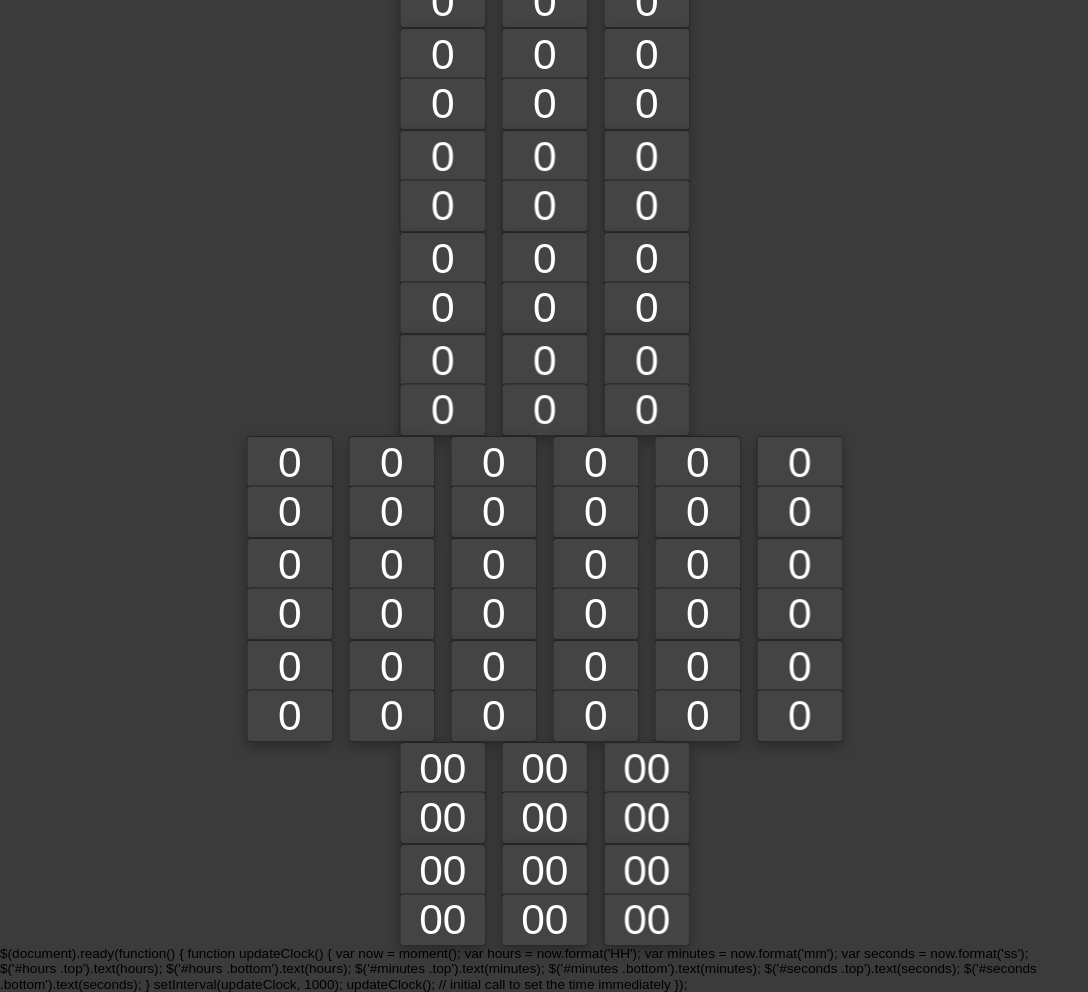
Repository: ThibautCptr/flip_clock
Page: index.html
These files come from the project's save history. The page is drawn as it stood at one moment and after the next save; the edit follows.
The browser window is 1280 px wide. The pictures show the whole page, at 85% of full size.
Some web libraries are served in a nearby version.

Above is the page before, as saved 2024-09-18 19:04:30.
Console error: TypeError: $(...).FlipClock is not a function

### index.html
<!DOCTYPE html>
<html lang="en">
<head>
    <meta charset="UTF-8">
    <meta name="viewport" content="width=device-width, initial-scale=1.0">
    <title>Flip Clock</title>
    <link rel="stylesheet" href="./css/style.css">
    <script src="https://code.jquery.com/jquery-3.5.1.min.js"></script>
    <script src="./js/moment.js"></script>
    <script src="./js/moment_tz.js"></script>
    <script src="./js/script.js"></script>
</head>
<body>
    <div class="clock">
        <div class="time-unit" id="hours">
            <div id="hours-tens" class="flip-unit">
                <div class="flip-card">
                    <div class="flip-card-inner">
                        <div class="top">
                            <div class="shadow"></div>
                            <div class="inn">0</div>
                        </div>
                        <div class="bottom">0</div>
                    </div>
                </div>
            </div>
            <div id="hours-units" class="flip-unit">
                <div class="flip-card">
                    <div class="flip-card-inner">
                        <div class="top">0</div>
                        <div class="bottom">0</div>
                    </div>
                </div>
            </div>
        </div>
        <div class="time-unit" id="minutes">
            <div id="minutes-tens" class="flip-unit">
                <div class="flip-card">
                    <div class="flip-card-inner">
                        <div class="top">0</div>
                        <div class="bottom">0</div>
                    </div>
                </div>
            </div>
            <div id="minutes-units" class="flip-unit">
                <div class="flip-card">
                    <div class="flip-card-inner">
                        <div class="top">0</div>
                        <div class="bottom">0</div>
                    </div>
                </div>
            </div>
        </div>
        <div class="time-unit" id="seconds">
            <div id="seconds-tens" class="flip-unit">
                <div class="flip-card">
                    <div class="flip-card-inner">
                        <div class="top">0</div>
                        <div class="bottom">0</div>
                    </div>
                </div>
            </div>
            <div id="seconds-units" class="flip-unit">
                <div class="flip-card">
                    <div class="flip-card-inner">
                        <div class="top">0</div>
                        <div class="bottom">0</div>
                    </div>
                </div>
            </div>
        </div>
    </div>
</body>
</html>
<!DOCTYPE html>
<html lang="en">
<head>
    <meta charset="UTF-8">
    <meta name="viewport" content="width=device-width, initial-scale=1.0">
    <title>Flip Clock</title>
    <link rel="stylesheet" href="./css/style.css">
    <script src="https://code.jquery.com/jquery-3.5.1.min.js"></script>
    <script src="./js/moment.js"></script>
    <script src="./js/moment_tz.js"></script>
    <script src="./js/script.js"></script>
</head>
<body>
    <div class="clock">
        <div class="time-unit" id="hours">
            <div id="hours-tens" class="flip-unit">
                <div class="flip-card">
                    <div class="flip-card-inner">
                        <div class="top">0</div>
                        <div class="bottom">0</div>
                    </div>
                </div>
            </div>
            <div id="hours-units" class="flip-unit">
                <div class="flip-card">
                    <div class="flip-card-inner">
                        <div class="top">0</div>
                        <div class="bottom">0</div>
                    </div>
                </div>
            </div>
        </div>
        <div class="time-unit" id="minutes">
            <div id="minutes-tens" class="flip-unit">
                <div class="flip-card">
                    <div class="flip-card-inner">
                        <div class="top">0</div>
                        <div class="bottom">0</div>
                    </div>
                </div>
            </div>
            <div id="minutes-units" class="flip-unit">
                <div class="flip-card">
                    <div class="flip-card-inner">
                        <div class="top">0</div>
                        <div class="bottom">0</div>
                    </div>
                </div>
            </div>
        </div>
        <div class="time-unit" id="seconds">
            <div id="seconds-tens" class="flip-unit">
                <div class="flip-card">
                    <div class="flip-card-inner">
                        <div class="top">0</div>
                        <div class="top">0</div>
                        <div class="bottom">0</div>
                    </div>
                </div>
            </div>
            <div id="seconds-units" class="flip-unit">
                <div class="flip-card">
                    <div class="flip-card-inner">
                        <div class="top">0</div>
                        <div class="bottom">0</div>
                    </div>
                </div>
            </div>
        </div>
    </div>
</body>
</html>
<!DOCTYPE html>
<html lang="en">
<head>
    <meta charset="UTF-8">
    <meta name="viewport" content="width=device-width, initial-scale=1.0">
    <title>Flip Clock</title>
    <link rel="stylesheet" href="./css/style.css">
    <script src="https://code.jquery.com/jquery-3.5.1.min.js"></script>
    <script src="./js/moment.js"></script>
    <script src="./js/moment_tz.js"></script>
    <script src="./js/script.js"></script>
</head>
<body>
    <div class="clock">
        <div class="time-unit" id="hours">
            <div id="hours-tens" class="flip-unit">
                <div class="flip-card">
                    <div class="flip-card-inner">
                        <div class="top">0</div>
                        <div class="bottom">0</div>
                    </div>
                </div>
            </div>
            <div id="hours-units" class="flip-unit">
                <div class="flip-card">
                    <div class="flip-card-inner">
                        <div class="top">0</div>
                        <div class="bottom">0</div>
                    </div>
                </div>
            </div>
        </div>
        <div class="time-unit" id="minutes">
            <div id="minutes-tens" class="flip-unit">
                <div class="flip-card">
                    <div class="flip-card-inner">
                        <div class="top">0</div>
                        <div class="bottom">0</div>
                    </div>
                </div>
            </div>
            <div id="minutes-units" class="flip-unit">
                <div class="flip-card">
                    <div class="flip-card-inner">
                        <div class="top">0</div>
                        <div class="bottom">0</div>
                    </div>
                </div>
            </div>
        </div>
        <div class="time-unit" id="seconds">
            <div id="seconds-tens" class="flip-unit">
                <div class="flip-card">
                    <div class="flip-card-inner">
                        <div class="top">0</div>
                        <div class="bottom">0</div>
                    </div>
                </div>
            </div>
            <div id="seconds-units" class="flip-unit">
                <div class="flip-card">
                    <div class="flip-card-inner">
                        <div class="top">0</div>
                        <div class="bottom">0</div>
                    </div>
                </div>
            </div>
        </div>
    </div>
</body>
</html>
<!DOCTYPE html>
<html lang="en">
<head>
    <meta charset="UTF-8">
    <meta name="viewport" content="width=device-width, initial-scale=1.0">
    <title>Flip Clock</title>
    <link rel="stylesheet" href="./css/style.css">
    <script src="https://code.jquery.com/jquery-3.5.1.min.js"></script>
    <script src="./js/moment.js"></script>
    <script src="./js/moment_tz.js"></script>
    <script src="./js/script.js"></script>
</head>
<body>
    <div class="clock">
        <div class="time-unit" id="hours">
            <div id="hours-tens" class="flip-unit">
                <div class="flip-card">
                    <div class="flip-card-inner">
                        <div class="top">0</div>
                        <div class="bottom">0</div>
                    </div>
                </div>
            </div>
            <div id="hours-units" class="flip-unit">
                <div class="flip-card">
                    <div class="flip-card-inner">
                        <div class="top">0</div>
                        <div class="bottom">0</div>
                    </div>
                </div>
            </div>
        </div>
        <div class="time-unit" id="minutes">
            <div id="minutes-tens" class="flip-unit">
                <div class="flip-card">
                    <div class="flip-card-inner">
                        <div class="top">0</div>
                        <div class="bottom">0</div>
                    </div>
                </div>
            </div>
            <div id="minutes-units" class="flip-unit">
                <div class="flip-card">
                    <div class="flip-card-inner">
                        <div class="top">0</div>
                        <div class="bottom">0</div>
                    </div>
                </div>
            </div>
        </div>
        <div class="time-unit" id="seconds">
            <div id="seconds-tens" class="flip-unit">
                <div class="flip-card">
                    <div class="flip-card-inner">
                        <div class="top">0</div>
                        <div class="bottom">0</div>
                    </div>
                </div>
            </div>
            <div id="seconds-units" class="flip-unit">
                <div class="flip-card">
                    <div class="flip-card-inner">
                        <div class="top">0</div>
                        <div class="bottom">0</div>
                    </div>
                </div>
            </div>
        </div>
    </div>
</body>
</html>
<!DOCTYPE html>
<html lang="en">
<head>
    <meta charset="UTF-8">
    <meta name="viewport" content="width=device-width, initial-scale=1.0">
    <title>Flip Clock</title>
    <link rel="stylesheet" href="./css/style.css">
    <script src="https://code.jquery.com/jquery-3.5.1.min.js"></script>
    <script src="./js/moment.js"></script>
    <script src="./js/moment_tz.js"></script>
    <script src="./js/script.js"></script>
</head>
<body>
    <div class="clock">
        <div id="hours-tens" class="flip-unit">
            <div class="flip-card">
                <div class="flip-card-inner">
                    <div class="top">0</div>
                    <div class="bottom">0</div>
                </div>
            </div>
        </div>
        <div id="hours-units" class="flip-unit">
            <div class="flip-card">
                <div class="flip-card-inner">
                    <div class="top">0</div>
                    <div class="bottom">0</div>
                </div>
            </div>
        </div>
        <div id="minutes-tens" class="flip-unit">
            <div class="flip-card">
                <div class="flip-card-inner">
                    <div class="top">0</div>
                    <div class="bottom">0</div>
                </div>
            </div>
        </div>
        <div id="minutes-units" class="flip-unit">
            <div class="flip-card">
                <div class="flip-card-inner">
                    <div class="top">0</div>
                    <div class="bottom">0</div>
                </div>
            </div>
        </div>
        <div id="seconds-tens" class="flip-unit">
            <div class="flip-card">
                <div class="flip-card-inner">
                    <div class="top">0</div>
                    <div class="bottom">0</div>
                </div>
            </div>
        </div>
        <div id="seconds-units" class="flip-unit">
            <div class="flip-card">
                <div class="flip-card-inner">
                    <div class="top">0</div>
                    <div class="bottom">0</div>
                </div>
            </div>
        </div>
    </div>
</body>
</html>
<!DOCTYPE html>
<html lang="en">
<head>
    <meta charset="UTF-8">
    <meta name="viewport" content="width=device-width, initial-scale=1.0">
    <title>Flip Clock</title>
    <link rel="stylesheet" href="./css/style.css">
    <script src="https://code.jquery.com/jquery-3.5.1.min.js"></script>
    <script src="./js/script.js"></script>
</head>
<body>
    <div class="clock">
        <div id="hours-tens" class="flip-unit">
            <div class="flip-card">
                <div class="flip-card-inner">
                    <div class="top">0</div>
                    <div class="bottom">0</div>
                </div>
            </div>
        </div>
        <div id="hours-units" class="flip-unit">
            <div class="flip-card">
                <div class="flip-card-inner">
                    <div class="top">0</div>
                    <div class="bottom">0</div>
                </div>
            </div>
        </div>
        <div id="minutes-tens" class="flip-unit">
            <div class="flip-card">
                <div class="flip-card-inner">
                    <div class="top">0</div>
                    <div class="bottom">0</div>
                </div>
            </div>
        </div>
        <div id="minutes-units" class="flip-unit">
            <div class="flip-card">
                <div class="flip-card-inner">
                    <div class="top">0</div>
                    <div class="bottom">0</div>
                </div>
            </div>
        </div>
        <div id="seconds-tens" class="flip-unit">
            <div class="flip-card">
                <div class="flip-card-inner">
                    <div class="top">0</div>
                    <div class="bottom">0</div>
                </div>
            </div>
        </div>
        <div id="seconds-units" class="flip-unit">
            <div class="flip-card">
                <div class="flip-card-inner">
                    <div class="top">0</div>
                    <div class="bottom">0</div>
                </div>
            </div>
        </div>
    </div>
</body>
</html>
<!DOCTYPE html>
<html lang="en">
<head>
    <meta charset="UTF-8">
    <meta name="viewport" content="width=device-width, initial-scale=1.0">
    <title>Flip Clock</title>
    <link rel="stylesheet" href="./css/style.css">
</head>
<body>
    <div class="clock">
        <div id="hours-tens" class="flip-unit">
            <div class="flip-card">
                <div class="flip-card-inner">
                    <div class="top">0</div>
                    <div class="bottom">0</div>
                </div>
            </div>
        </div>
        <div id="hours-units" class="flip-unit">
            <div class="flip-card">
                <div class="flip-card-inner">
                    <div class="top">0</div>
                    <div class="bottom">0</div>
                </div>
            </div>
        </div>
        <div id="minutes-tens" class="flip-unit">
            <div class="flip-card">
                <div class="flip-card-inner">
                    <div class="top">0</div>
                    <div class="bottom">0</div>
                </div>
            </div>
        </div>
        <div id="minutes-units" class="flip-unit">
            <div class="flip-card">
                <div class="flip-card-inner">
                    <div class="top">0</div>
                    <div class="bottom">0</div>
                </div>
            </div>
        </div>
        <div id="seconds-tens" class="flip-unit">
            <div class="flip-card">
                <div class="flip-card-inner">
                    <div class="top">0</div>
                    <div class="bottom">0</div>
                </div>
            </div>
        </div>
        <div id="seconds-units" class="flip-unit">
            <div class="flip-card">
                <div class="flip-card-inner">
                    <div class="top">0</div>
                    <div class="bottom">0</div>
                </div>
            </div>
        </div>
    </div>
</body>
</html>
<!DOCTYPE html>
<html lang="en">
<head>
    <meta charset="UTF-8">
    <meta name="viewport" content="width=device-width, initial-scale=1.0">
    <title>Flip Clock</title>
    <link rel="stylesheet" href="./css/style.css">
</head>
<body>
    <div class="clock">
        <div id="hours" class="flip-unit">
            <div class="flip-card">
                <div class="flip-card-inner">
                    <div class="top">00</div>
                    <div class="bottom">00</div>
                </div>
            </div>
        </div>
        <div id="minutes" class="flip-unit">
            <div class="flip-card">
                <div class="flip-card-inner">
                    <div class="top">00</div>
                    <div class="bottom">00</div>
                </div>
            </div>
        </div>
        <div id="seconds" class="flip-unit">
            <div class="flip-card">
                <div class="flip-card-inner">
                    <div class="top">00</div>
                    <div class="bottom">00</div>
                </div>
            </div>
        </div>
    </div>
    <script src="https://code.jquery.com/jquery-3.6.0.min.js"></script>
    <script src="https://cdnjs.cloudflare.com/ajax/libs/moment.js/2.29.1/moment.min.js"></script>
    <script src="script.js"></script>
</body>
</html>
<!DOCTYPE html>
<html lang="en">
<head>
    <meta charset="UTF-8">
    <meta name="viewport" content="width=device-width, initial-scale=1.0">
    <title>Flip Clock</title>
    <link rel="stylesheet" href="style.css">
</head>
<body>
    <div class="clock">
        <div id="hours" class="flip-unit">
            <div class="flip-card">
                <div class="flip-card-inner">
                    <div class="top">00</div>
                    <div class="bottom">00</div>
                </div>
            </div>
        </div>
        <div id="minutes" class="flip-unit">
            <div class="flip-card">
                <div class="flip-card-inner">
                    <div class="top">00</div>
                    <div class="bottom">00</div>
                </div>
            </div>
        </div>
        <div id="seconds" class="flip-unit">
            <div class="flip-card">
                <div class="flip-card-inner">
                    <div class="top">00</div>
                    <div class="bottom">00</div>
                </div>
            </div>
        </div>
    </div>
    <script src="https://code.jquery.com/jquery-3.6.0.min.js"></script>
    <script src="https://cdnjs.cloudflare.com/ajax/libs/moment.js/2.29.1/moment.min.js"></script>
    <script src="script.js"></script>
</body>
</html>
$(document).ready(function() {
    function updateClock() {
        var now = moment();
        var hours = now.format('HH');
        var minutes = now.format('mm');
        var seconds = now.format('ss');

        $('#hours .top').text(hours);
        $('#hours .bottom').text(hours);
        $('#minutes .top').text(minutes);
        $('#minutes .bottom').text(minutes);
        $('#seconds .top').text(seconds);
        $('#seconds .bottom').text(seconds);
    }

    setInterval(updateClock, 1000);
    updateClock(); // initial call to set the time immediately
});

Loaded but not shown: js/moment.js (library); js/moment_tz.js (common file); js/script.js (37 lines, source omitted); css/style.css (501 lines, source omitted)

After the next save:
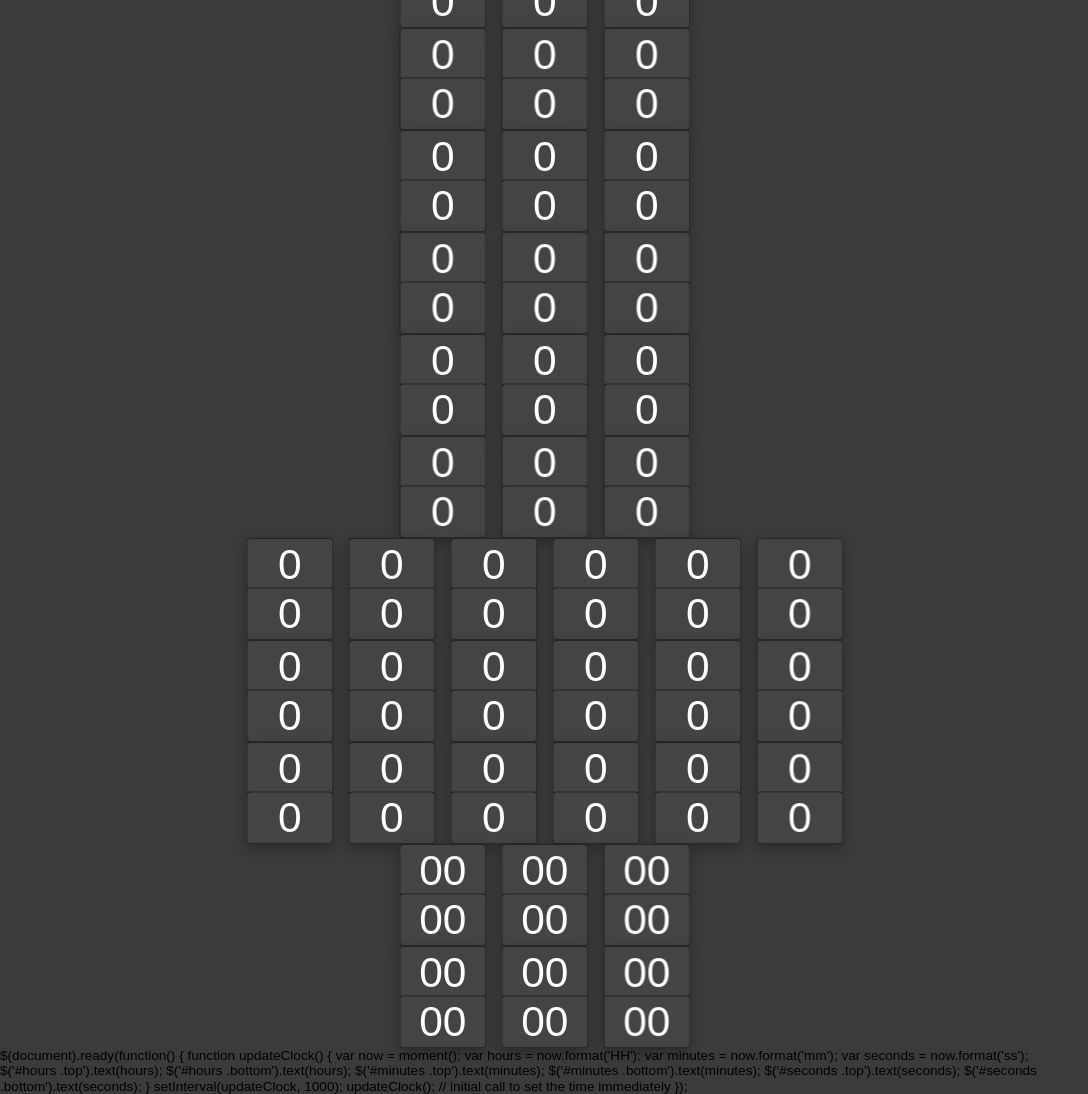
Saved 10 s later.
--- a/index.html
+++ b/index.html
@@ -1,3 +1,80 @@
+<!DOCTYPE html>
+<html lang="en">
+<head>
+    <meta charset="UTF-8">
+    <meta name="viewport" content="width=device-width, initial-scale=1.0">
+    <title>Flip Clock</title>
+    <link rel="stylesheet" href="./css/style.css">
+    <script src="https://code.jquery.com/jquery-3.5.1.min.js"></script>
+    <script src="./js/moment.js"></script>
+    <script src="./js/moment_tz.js"></script>
+    <script src="./js/script.js"></script>
+</head>
+<body>
+    <div class="clock">
+        <div class="time-unit" id="hours">
+            <div id="hours-tens" class="flip-unit">
+                <div class="flip-card">
+                    <div class="flip-card-inner">
+                        <div class="top">
+                            <div class="shadow"></div>
+                            <div class="inn">0</div>
+                        </div>
+                        <div class="bottom">
+                            <div class="shadow"></div>
+                            <div class="inn">0</div>
+                        </div>
+                    </div>
+                </div>
+            </div>
+            <div id="hours-units" class="flip-unit">
+                <div class="flip-card">
+                    <div class="flip-card-inner">
+                        <div class="top">0</div>
+                        <div class="bottom">0</div>
+                    </div>
+                </div>
+            </div>
+        </div>
+        <div class="time-unit" id="minutes">
+            <div id="minutes-tens" class="flip-unit">
+                <div class="flip-card">
+                    <div class="flip-card-inner">
+                        <div class="top">0</div>
+                        <div class="bottom">0</div>
+                    </div>
+                </div>
+            </div>
+            <div id="minutes-units" class="flip-unit">
+                <div class="flip-card">
+                    <div class="flip-card-inner">
+                        <div class="top">0</div>
+                        <div class="bottom">0</div>
+                    </div>
+                </div>
+            </div>
+        </div>
+        <div class="time-unit" id="seconds">
+            <div id="seconds-tens" class="flip-unit">
+                <div class="flip-card">
+                    <div class="flip-card-inner">
+                        <div class="top">0</div>
+                        <div class="bottom">0</div>
+                    </div>
+                </div>
+            </div>
+            <div id="seconds-units" class="flip-unit">
+                <div class="flip-card">
+                    <div class="flip-card-inner">
+                        <div class="top">0</div>
+                        <div class="bottom">0</div>
+                    </div>
+                </div>
+            </div>
+        </div>
+    </div>
+</body>
+</html>
 <!DOCTYPE html>
 <html lang="en">
 <head>
